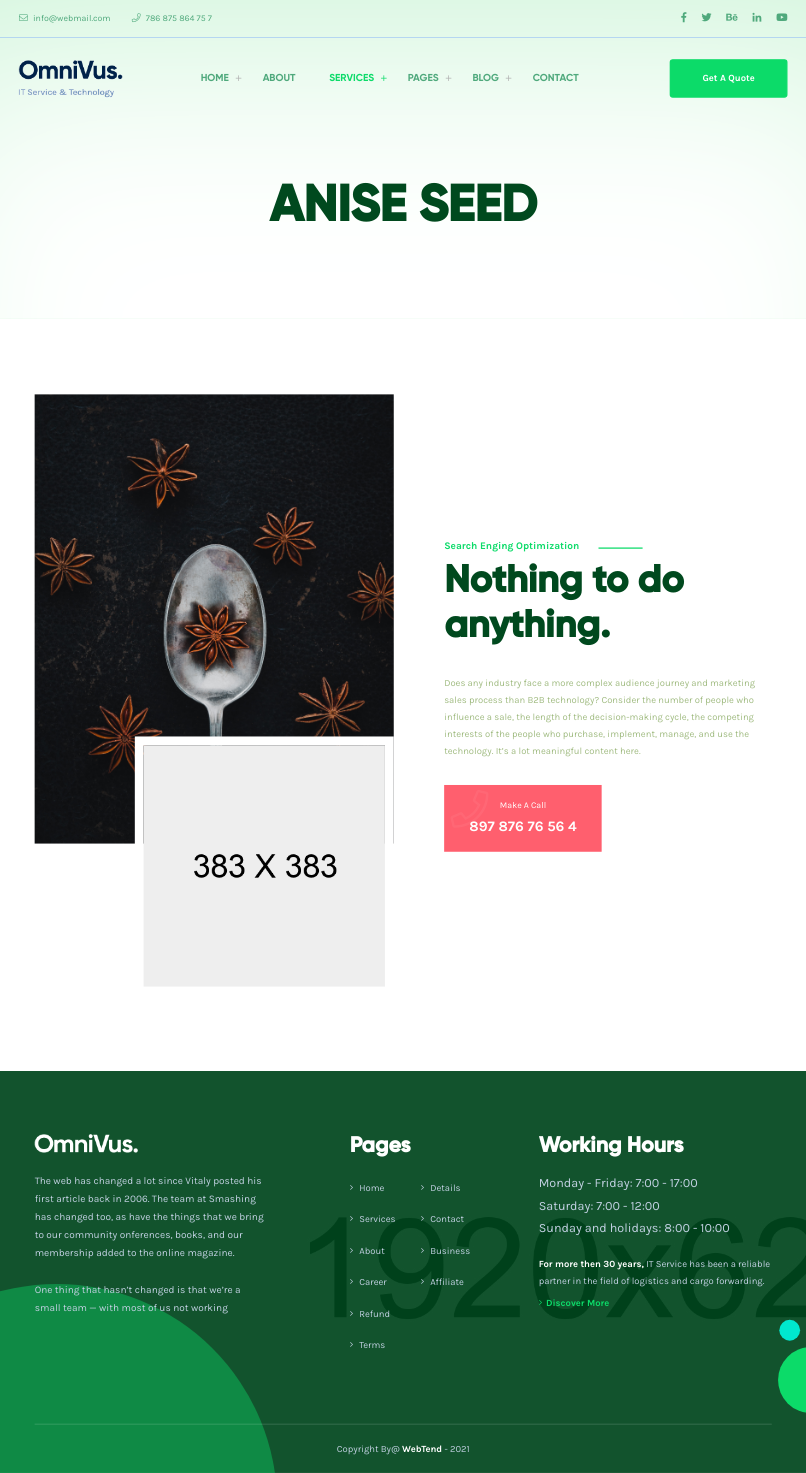
Repository: ziadmoh/alrehab-organic
Page: services-details.html
The author's editor kept a copy of each file at every save. The page is drawn from the files as they stood at one save, then again after the next save.
The browser window is 1280 px wide. The pictures show the whole page, at 63% of full size.
The style sheet was rebuilt from its Sass, Less or Tailwind sources for each picture, by a compiler version that may differ from the author's.

Above is the page before, as saved 2023-09-23 01:06:24.

After the next save:
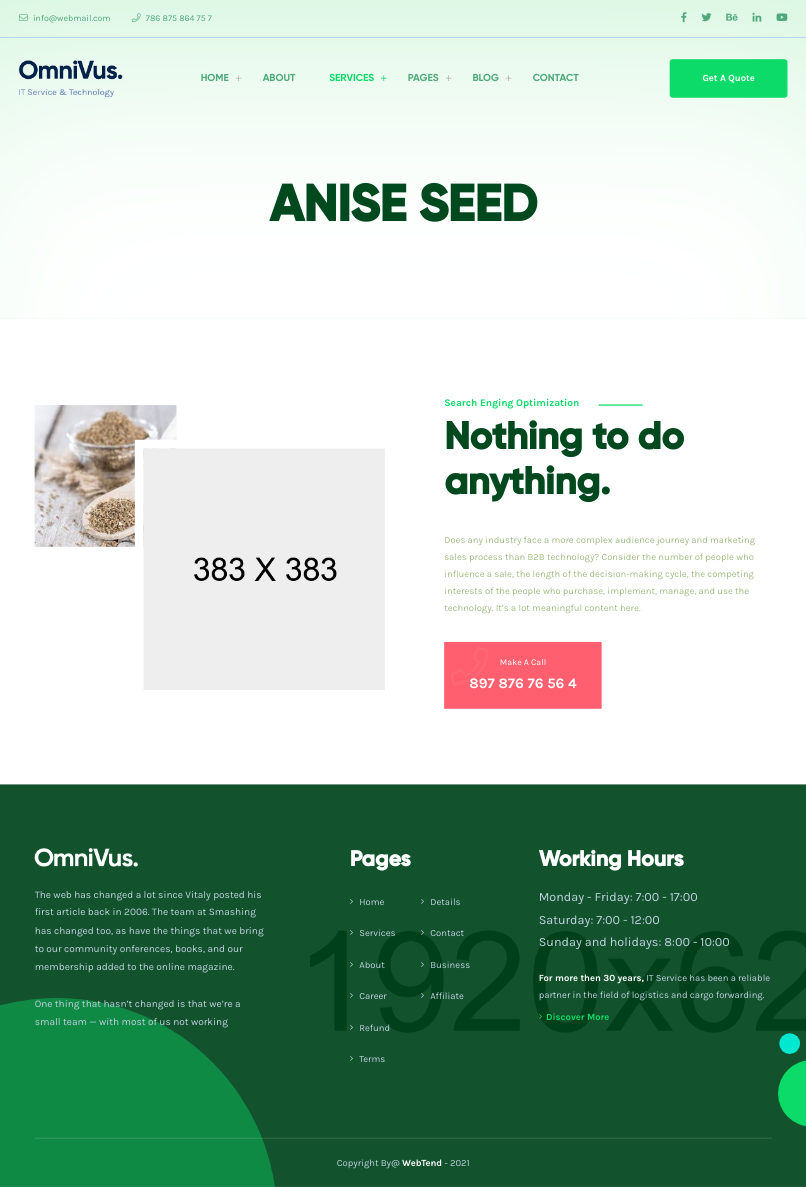
Saved 1 s later.
--- a/services-details.html
+++ b/services-details.html
@@ -164,7 +164,7 @@
                 <div class="col-lg-6 col-md-10">
                     <div class="services-details-imgs mb-md-gap-50">
                         <div class="img-one">
-                            <img src="assets/img/crops/anise-1.jpg" alt="img">
+                            <img src="assets/img/crops/anise2.jpeg" alt="img">
                         </div>
                         <div class="img-two text-right">
                             <img src="assets/img/service-img/services-op-2.jpg" alt="img">
